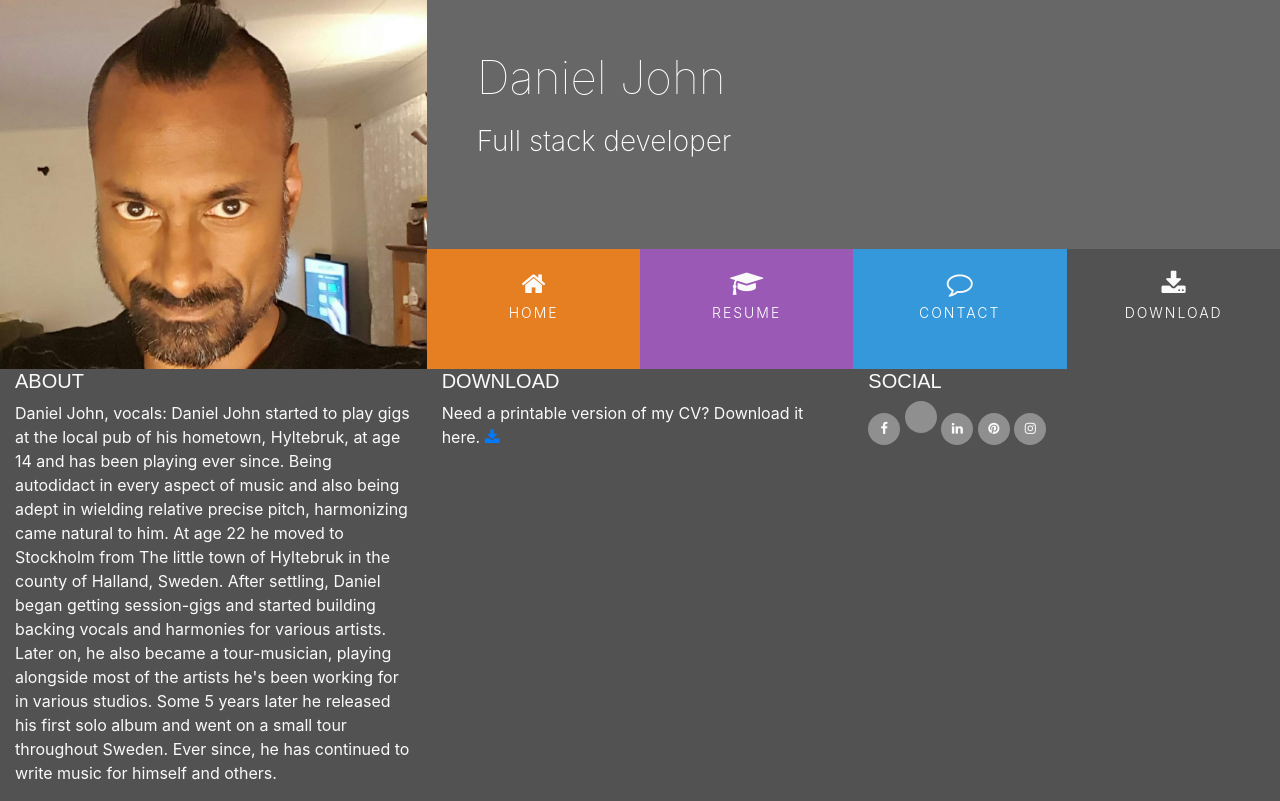
Repository: Jadehammar/initial-commit
Page: index.html
The author's editor kept a record of every edit. The page is drawn from the files as they stood at one moment, then again after the next edit.
The browser window is 1280 px wide. The pictures show the whole page.

Above is the page before.

### index.html
<!DOCTYPE html>
<html lang="en">

<head>
    <meta charset="UTF-8">
    <meta name="viewport" content="width=device-width, initial-scale=1.0">
    <meta http-equiv="X-UA-Compatible" content="ie=edge">
    <link rel="stylesheet" href="https://stackpath.bootstrapcdn.com/font-awesome/4.7.0/css/font-awesome.min.css" type="text/css" />
    <link rel="stylesheet" href="https://cdnjs.cloudflare.com/ajax/libs/hover.css/2.3.1/css/hover-min.css" type="text/css" />
    <link rel="stylesheet" href="https://stackpath.bootstrapcdn.com/bootstrap/4.3.1/css/bootstrap.min.css" type="text/css" />
    <link rel="stylesheet" href="assets/css/style.css" type="text/css" />
    <title>Daniel John</title>
</head>

<body>
    <header>
        <div class="row no-gutters">
            <a href="index.html" class="col-md-4 logo"></a>
            <div class="col-md-8">
                <div class="row no-gutters bg-color-name-title">
                    <div class="col heading">
                        <h1 class="name">Daniel John</h1>
                        <h2 class="title">Full stack developer</h2>
                    </div>
                </div>
                <div class="row no-gutters">
                    <div class="col">
                        <ul id="nav" class="list-inline menucontainer">
                            <li class="col-6 col-sm-3 ui-menue-color-home list-inline-item menueitem">
                                <a href="#" class="hvr-sweep-to-bottom"><i class="fa fa-home" aria-hidden="true"></i><span>Home</span></a>
                            </li>
                            <li class="col-6 col-sm-3 ui-menue-color-resume list-inline-item menueitem">
                                <a href="#" class="hvr-sweep-to-bottom"><i class="fa fa-graduation-cap" aria-hidden="true"></i><span>Resume</span></a>
                            </li>
                            <li class="col-6 col-sm-3 ui-menue-color-contact list-inline-item menueitem">
                                <a href="#" class="hvr-sweep-to-bottom"><i class="fa fa-comment-o" aria-hidden="true"></i><span>Contact</span></a>
                            </li>
                            <li class="col-6 col-sm-3 ui-menue-color-download list-inline-item menueitem">
                                <a href="#" class="hvr-sweep-to-bottom"><i class="fa fa-download" aria-hidden="true"></i><span>Download</span></a>
                            </li>

                        </ul>
                    </div>
                </div>
            </div>
    </header>
    <section>

    </section>
    <footer class="container-fluid">
        <div class="row">
            <div class="col-sm-4">
                <h5 class="uppercase general-sub">About</h5>
                <p class="inline-block">
                    Daniel John, vocals: Daniel John started to play gigs at the local pub of his hometown, Hyltebruk, at age 14 and has been playing ever since. Being autodidact in every aspect of music and also being adept in wielding relative precise pitch, harmonizing came natural to him. At age 22 he moved to Stockholm from The little town of Hyltebruk in the county of Halland, Sweden. After settling, Daniel began getting session-gigs and started building backing vocals and harmonies for various artists. Later on, he also became a tour-musician, playing alongside most of the artists he's been working for in various studios. Some 5 years later he released his first solo album and went on a small tour throughout Sweden. Ever since, he has continued to write music for himself and others.
                </p>
            </div>
            <div class="col-sm-4">
                <h5 class="uppercase general-sub">Download</h5>
                <p class="inline-block">
                    Need a printable version of my CV? Download it here.
                    <a href="#" taraget="_blank" class="CV-pdf">
                        <i class="fa fa-download" aria-hidden="true"></i>
                        <span class="sr-only">Download link.</span>
                    </a>
                </p>
            </div>
            <div class="col-sm-4">
                <h5 class="uppercase general-sub">social</h5>
                <ul class="list-inline social-links">
                    <li class="list-inline-item">
                        <a target="_blank" href="#">
                            <i class="fa fa-facebook" aria-hidden="true"></i>
                            <span class="sr-only">Facebook</span>
                        </a>
                    </li>
                    <li class="list-inline-item">
                        <a target="_blank" href="#">
                            <i class="fa fa-Twitter" aria-hidden="true"></i>
                            <span class="sr-only">Twitter</span>
                        </a>
                    </li>
                    <li class="list-inline-item">
                        <a target="_blank" href="#">
                            <i class="fa fa-linkedin" aria-hidden="true"></i>
                            <span class="sr-only">LinkedIn</span>
                        </a>
                    </li>
                    <li class="list-inline-item">
                        <a target="_blank" href="#">
                            <i class="fa fa-pinterest" aria-hidden="true"></i>
                            <span class="sr-only">Pinterest</span>
                        </a>
                    </li>
                    <li class="list-inline-item">
                        <a target="_blank" href="#">
                            <i class="fa fa-instagram" aria-hidden="true"></i>
                            <span class="sr-only">Instagram</span>
                        </a>
                    </li>
                </ul>
            </div>
        </div>

    </footer>

</body>

</html>

### assets/css/style.css
@import url('https://fonts.googleapis.com/css?family=Roboto:100,200,300,400,500,600,700│exo:100,200,300,400,500,600,700');

/*---------------------------------------------color-------------------------------------*/

.bg-color-name-title {
    background-color: #676767;
}

.bg-color-three-reasons {
    background-color: #fff;
}

.ui-menue-color-home {
    background-color: #e67e22;

}

.ui-menue-color-resume {
    background-color: #9b59b6;

}

.ui-menue-color-contact {
    background-color: #3498db;

}

.ui-menue-color-download {
    background-color: #525252;

}


/*---------------------------------------------Special padding/margins/text-------------------------------------*/

h1,
h2,
h3,
h4 {
    margin: 0;
}

.uppercase {
    text-transform: uppercase;
}

.general-sub {
    font-family: "Exo", sans-serif;
    font-weight: 300;
    color: #fafafa;
}

.inline-block {
    display: inline-block;
}

/*---------------------------------------------Heading-------------------------------------*/

header {
    margin: 0;
}

.heading {
    margin-left: 50px;

}

.logo {
    background: url("../images/närbild_p.jpg");
    background-position: center;
    background-repeat: no-repeat;
    background-size: cover;
    min-height: 360px;
    transition: all .75s ease-in-out;
    -moz-transition: all .75s ease-in-out;
    -webkit-transition: all .75s ease-in-out;
    -o-transition: all .75s ease-in-out;
}

.name {
    font-family: "Exo" sans-serif;
    font-weight: 100;
    font-size: 46px;
    margin-top: 50px;
    color: #fff;
}

.title {
    font-family: "Roboto" sans-serif;
    font-weight: 200;
    font-size: 28px;
    margin-top: 20px;
    margin-bottom: 90px;
    color: #fff;
}

.list-inline-item:not(:last-child) {
    margin: 0;
}

.menucontainer {
    font-size: 0;
}

#nav li {
    font-size: 14px;
    padding: 0;
}

#nav {
    margin: 0;
}

.menueitem {
    height: 120px;
    text-align: center;
    padding: 0;
}

.menueitem a {
    width: 100%;
    text-decoration: none;
    color: #fff;
    height: 120px;
}

.menueitem a i {
    padding-top: 22px;
    display: block;
    color: #fafafa;
    font-size: 26px;
}

.menueitem span {
    display: block;
    width: 100%;
    padding-top: 5px;
    text-align: center;
    text-transform: uppercase;
    font-size: 14px;
    font-weight: 300;
    letter-spacing: 2px;
}

/*---------------------------------------------Hover.css-------------------------------------*/

.hvr-sweep-to-bottom:before {
    background: rgba(0, 0, 0, 0.2);
    height: 120px;
}

/*---------------------------------------------Footer-------------------------------------*/

footer {
    background-color: #525252;
    color: #fafafa;
    min-height: 120px;
    margin: 0;
}

.cv-pdf i {
    font-size: 18px;
    color: #fafafa;
    text-align: center;
    padding-left: 5px;
    transition: all 0.35s ease-in-out;
    -moz-transition: all 0.35s ease-in-out;
    -webkit-transition: all 0.35s ease-in-out;
    -o-transition: all 0.35 ease-in-out;
}

.cv-pdf i:hover {
    color: #e84160;
}

.social-links {
    padding-bottom: 15px;
}


.social-links li a i {
    width: 32px;
    height: 32px;
    padding: 12px 0;
    border-radius: 50%;
    font-size: 13px;
    line-height: 7px;
    text-align: center;
    color: #fafafa;
    background: #8f8f8f;
    transition: all 0.35s ease-in-out;
    -moz-transition: all 0.35s ease-in-out;
    -webkit-transition: all 0.35s ease-in-out;
    -o-transition: all 0.35 ease-in-out;
}

.social-links li a i:hover {
    background: #e84610;
}

#footer-details {
    padding: 20px;
}

After the next edit:
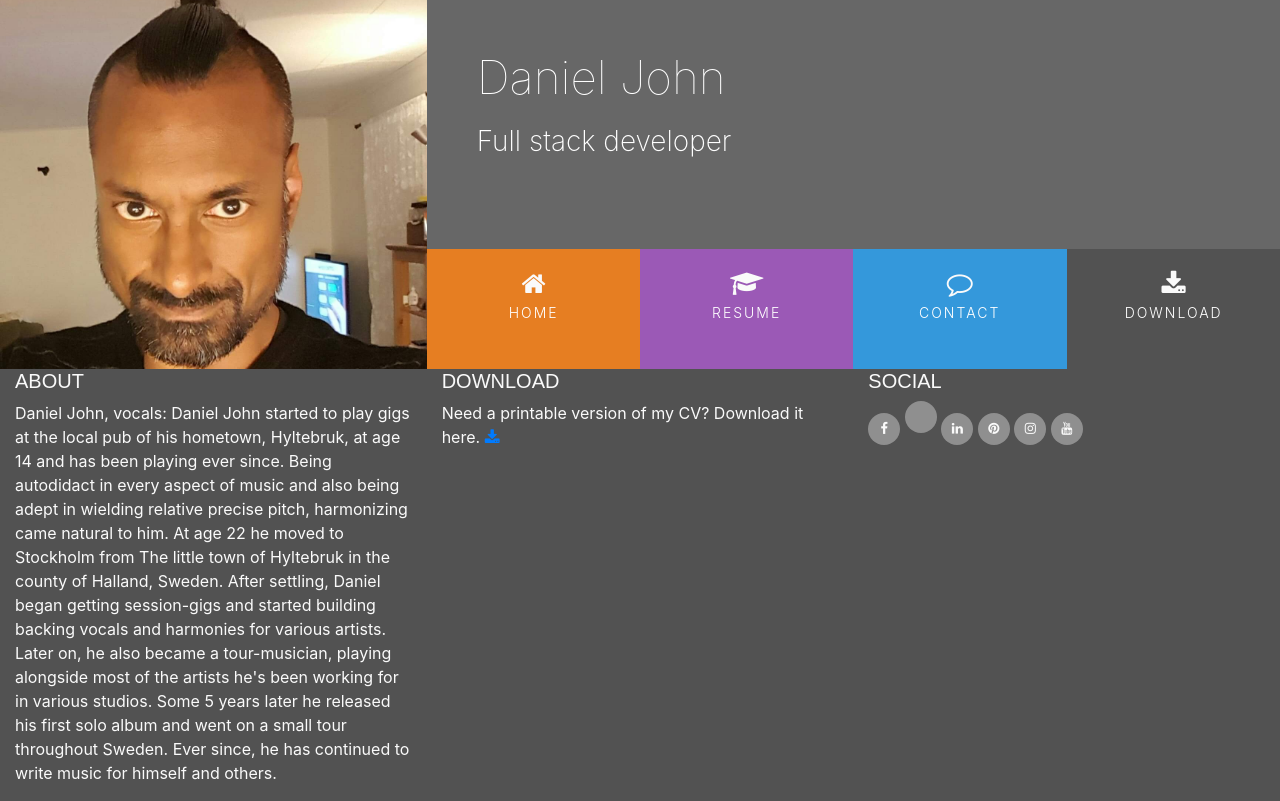
The edit:
--- a/index.html
+++ b/index.html
@@ -98,6 +98,12 @@
                             <span class="sr-only">Instagram</span>
                         </a>
                     </li>
+                    <li class="list-inline-item">
+                        <a target="_blank" href="#">
+                            <i class="fa fa-youtube" aria-hidden="true"></i>
+                            <span class="sr-only">YouTube</span>
+                        </a>
+                    </li>
                 </ul>
             </div>
         </div>
